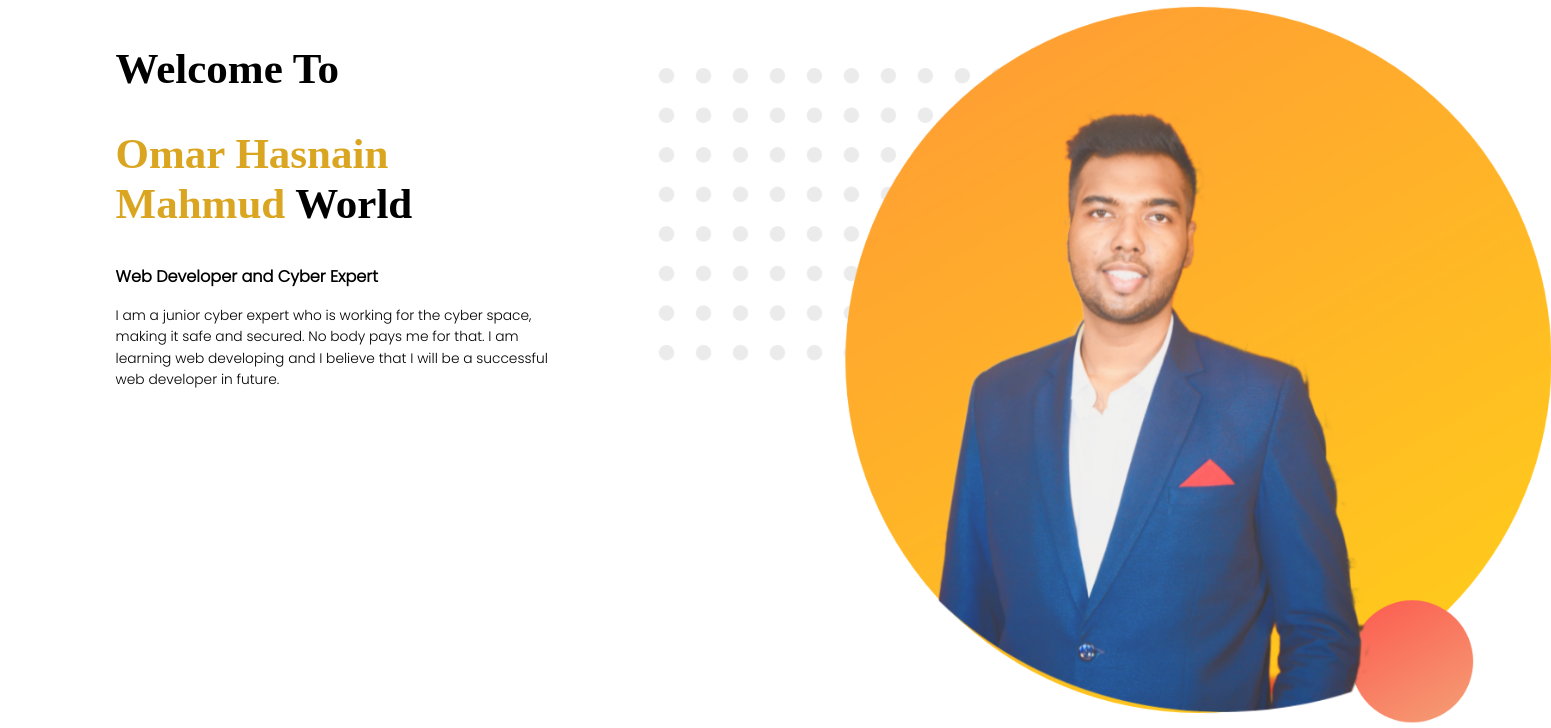
Repository: omarhasnain/web-portfolio
Page: index.html
An editor plug-in stored every save of this project. The page is shown before and after the next save, followed by the edit.
The browser window is 1280 px wide. The page is 1804 px wide, then 1729 px, so the pictures cover 1804 px, including what lies to the right of the window. The pictures show the whole page, at 86% of full size.
Some web fonts or font styles are not loaded; a fallback is used.

Above is the page before, as saved 2021-01-05 21:00:48.

### index.html
<!DOCTYPE html>
<html lang="en">
<head>
    <meta charset="UTF-8">
    <meta name="viewport" content="width=device-width, initial-scale=1.0">
    <title>Web Developer Omar</title>
    <link rel="preconnect" href="https://fonts.gstatic.com">
    <link href="https://fonts.googleapis.com/css2?family=Redressed&display=swap" rel="stylesheet">
    <link rel="preconnect" href="https://fonts.gstatic.com">
    <link href="https://fonts.googleapis.com/css2?family=Poppins:wght@300&display=swap" rel="stylesheet">
    <link rel="stylesheet" href="web portfolio style.css">
</head>
    <body>
        <section>
            <div class="half-width">
                    <h1>Welcome To </h1>
                    <h1><span class="name-highlight">Omar Hasnain Mahmud</span> World</h1>
                    <h3>Web Developer and Cyber Expert</h3>
                    <p>I am a junior cyber expert who is working for the cyber space, making it safe and secured. No body pays me for that. I am learning web developing and I believe that I will be a successful web developer in future.</p>
            </div>
            <div class="half-width">
                <img src="images/profile.png" alt="">
            </div>
        </section>

    </body>
</html>

### web portfolio style.css
body{
    font-family: 'Poppins', sans-serif;
}
h1{
    font-size: 50px;
    font-family: 'Redressed', cursive;
}
.name-highlight{
    color: goldenrod;
}
h3{
    font-family: 'Poppins', sans-serif;
}

.half-width{
    width: 40%;
    float: left;
    margin-left: 5%;
    padding-left: 5%;
}

After the next save:
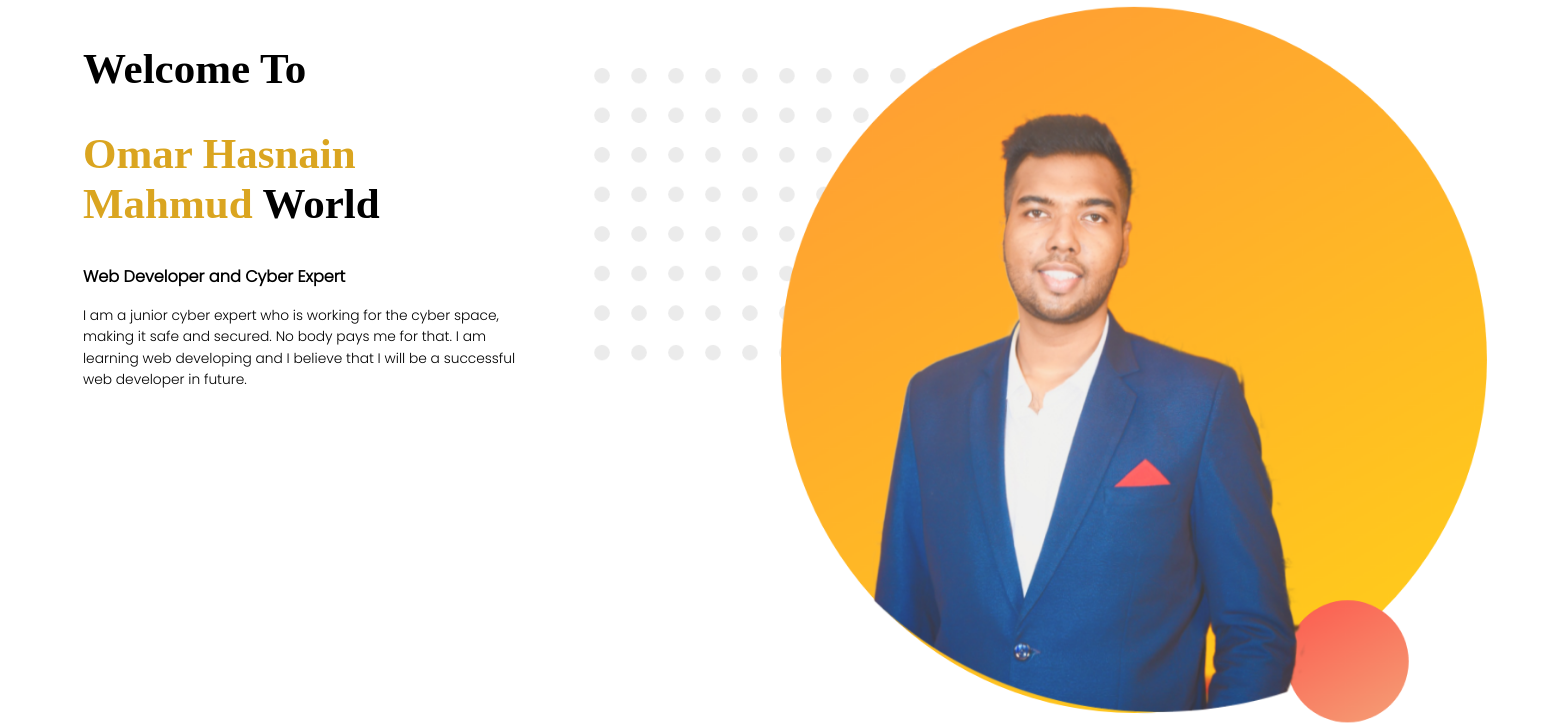
Saved 31 s later.
--- a/web portfolio style.css
+++ b/web portfolio style.css
@@ -16,5 +16,5 @@
     width: 40%;
     float: left;
     margin-left: 5%;
-    padding-left: 5%;
+    padding-left: 2%;
 }
